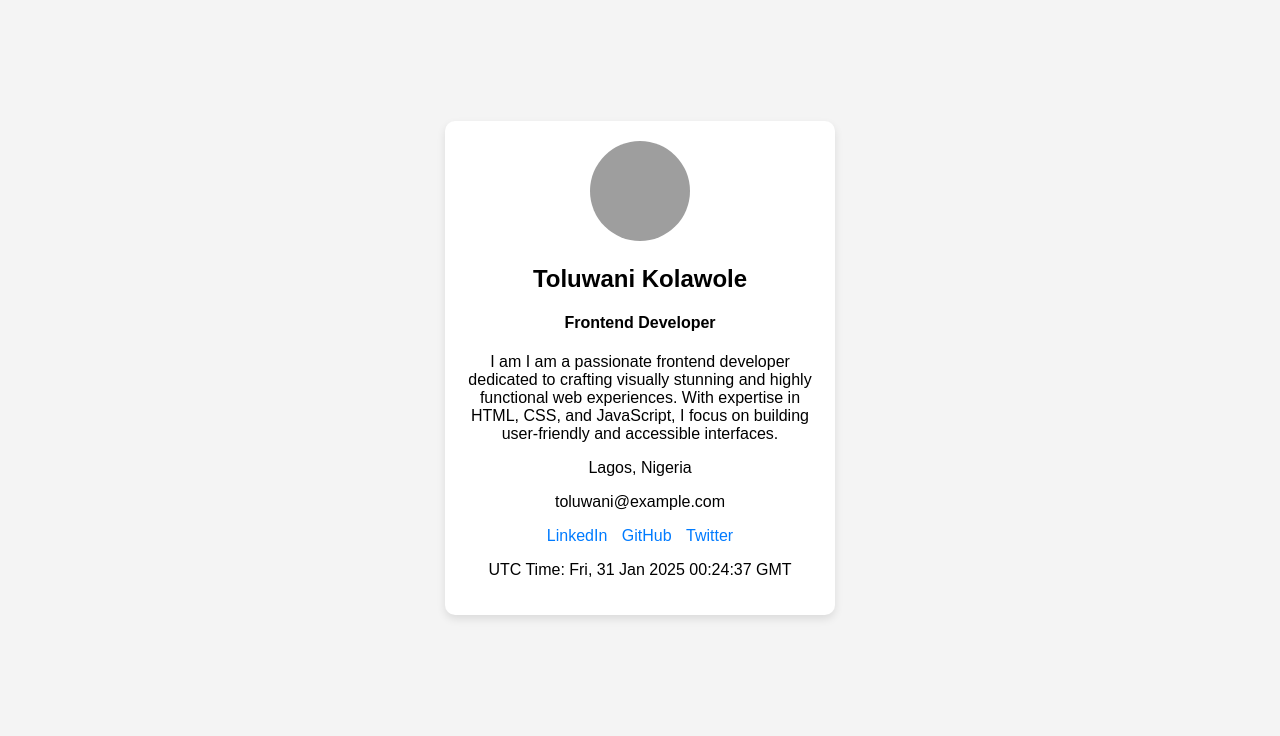
Repository: KolawoleTemilade/ticket-guarantor
Page: profilecard/index..html
These files come from the project's save history. The page is drawn as it stood at one moment and after the next save; the edit follows.
The browser window is 1280 px wide. The pictures show the whole page.
Pictures or frames that could not be fetched are drawn as grey boxes.

Above is the page before, as saved 2025-01-31 00:40:28.

After the next save:
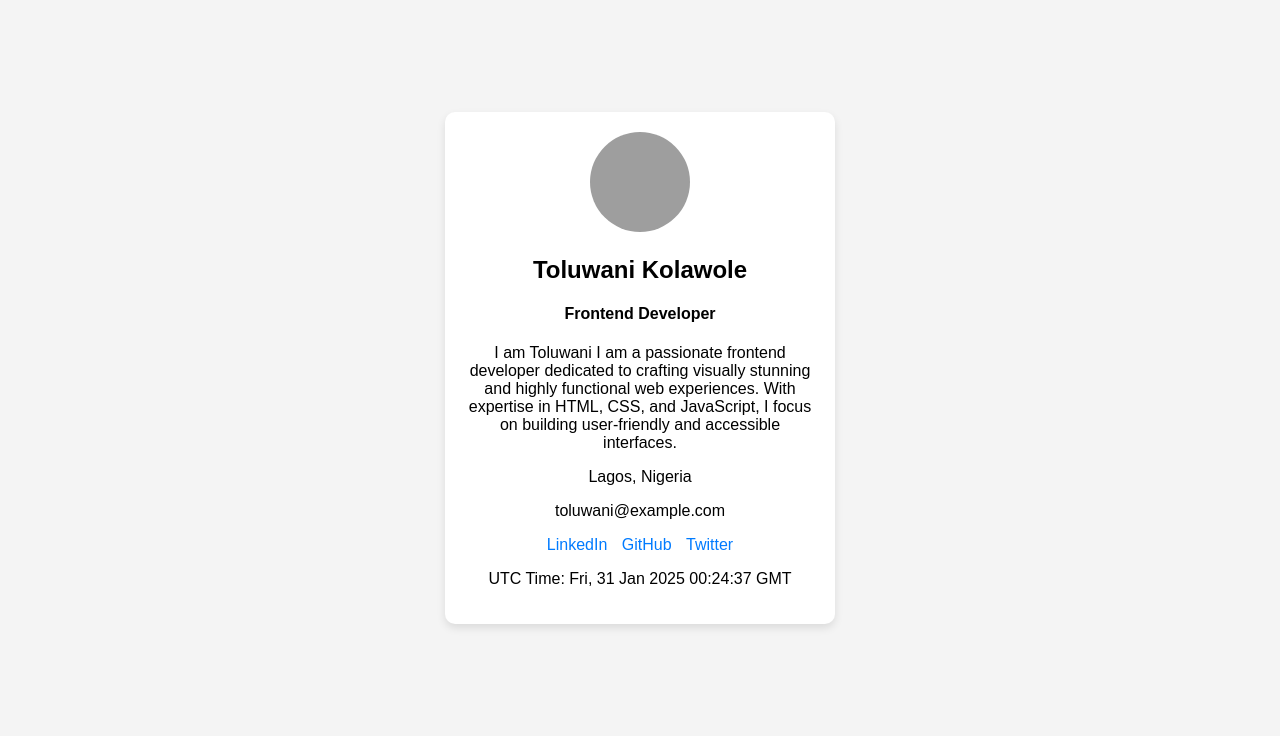
Saved 5 s later.
--- a/profilecard/index..html
+++ b/profilecard/index..html
@@ -11,7 +11,7 @@
         <img src="profile.jpg" alt="Profile Picture" data-testid="profilePicture">
         <h2 data-testid="fullName">Toluwani Kolawole</h2>
         <h4 data-testid="jobTitle">Frontend Developer</h4>
-        <p data-testid="shortBio"> I am I am a passionate frontend developer dedicated to crafting visually stunning and highly functional web experiences. With expertise in HTML, CSS, and JavaScript, I focus on building user-friendly and accessible interfaces.</p>
+        <p data-testid="shortBio"> I am Toluwani I am a passionate frontend developer dedicated to crafting visually stunning and highly functional web experiences. With expertise in HTML, CSS, and JavaScript, I focus on building user-friendly and accessible interfaces.</p>
         <p data-testid="currentLocation">Lagos, Nigeria</p>
         <p data-testid="emailAddress">toluwani@example.com</p>
         <div class="social-links" data-testid="socialLinks">
